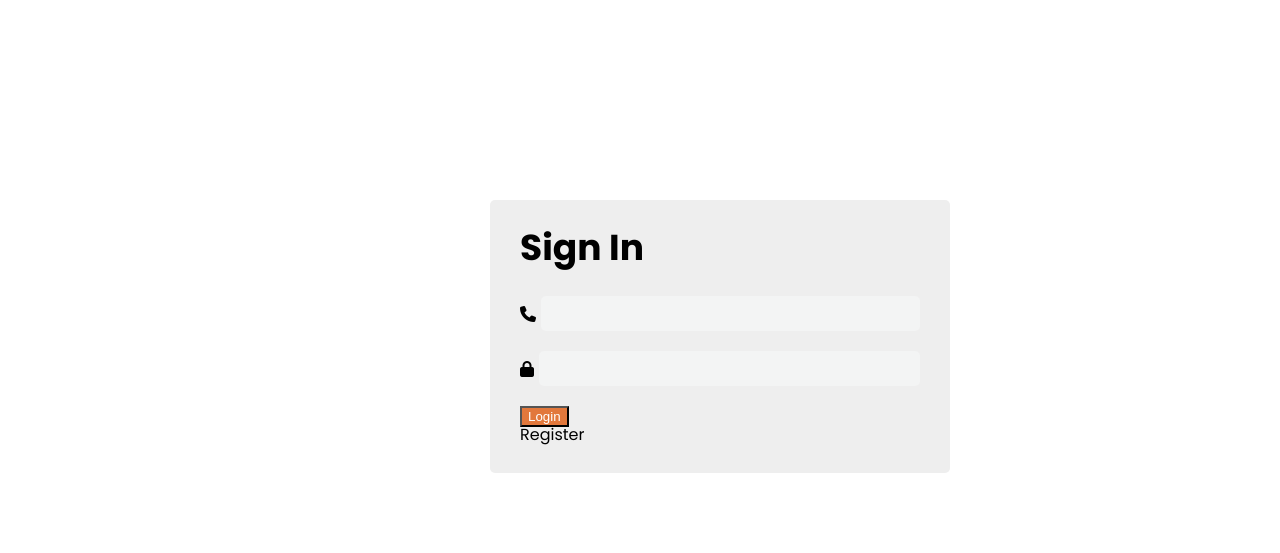
Repository: haphuocsang1801/github-group4
Page: login.html
The author's editor kept a copy of each file at every save. The page is drawn from the files as they stood at one save, then again after the next save.
The browser window is 1280 px wide. The pictures show the whole page.
Some web libraries are served in a nearby version. The style sheet was rebuilt from its Sass, Less or Tailwind sources for each picture, by a compiler version that may differ from the author's.

Above is the page before, as saved 2021-09-17 16:37:27.

### login.html
<!DOCTYPE html>
<html lang="en">
  <head>
    <meta charset="UTF-8" />
    <meta http-equiv="X-UA-Compatible" content="IE=edge" />
    <meta name="viewport" content="width=device-width, initial-scale=1.0" />
    <link
      href="https://fonts.googleapis.com/css2?family=Poppins:wght@300;400;700&display=swap"
      rel="stylesheet"
    />
    <script
      src="https://kit.fontawesome.com/85150e2613.js"
      crossorigin="anonymous"
    ></script>
    <link rel="stylesheet" href="./css/reset.css" />
    <link rel="stylesheet" href="./css/style.css" />
    <title>Document</title>
  </head>
  <body>
    <div class="container-login">
     <div class="login-main">
        <form action="" method="post">
          <div class="login-title">Sign In</div>
          <div class="login-item">
            <i class="fas fa-phone"></i>
            <input type="text" class="login-input" />
          </div>
          <div class="login-item">
            <i class="fas fa-lock"></i>
            <input type="text" class="login-input" />
          </div>
          <div class="login-submit">
            <input type="submit" class="button--primary" value="Login" />
          </div>
          <div class="login-register">Register</div>
        </form>
     </div>
    </div>
  </body>
</html>

### css/reset.css
/* http://meyerweb.com/eric/tools/css/reset/
   v2.0 | 20110126
   License: none (public domain)
*/
/*
<link rel="preconnect" href="https://fonts.googleapis.com">
<link rel="preconnect" href="https://fonts.gstatic.com" crossorigin>
<link href="https://fonts.googleapis.com/css2?family=Poppins:wght@300;400;700&display=swap" rel="stylesheet">
*/
html, body, div, span, applet, object, iframe,
h1, h2, h3, h4, h5, h6, p, blockquote, pre,
a, abbr, acronym, address, big, cite, code,
del, dfn, em, img, ins, kbd, q, s, samp,
small, strike, strong, sub, sup, tt, var,
b, u, i, center,
dl, dt, dd, ol, ul, li,
fieldset, form, label, legend,
table, caption, tbody, tfoot, thead, tr, th, td,
article, aside, canvas, details, embed,
figure, figcaption, footer, header, hgroup,
menu, nav, output, ruby, section, summary,
time, mark, audio, video {
	margin: 0;
	padding: 0;
	border: 0;
	font-size: 100%;
	font: inherit;
	vertical-align: baseline;
}
/* HTML5 display-role reset for older browsers */
article, aside, details, figcaption, figure,
footer, header, hgroup, menu, nav, section {
	display: block;
}
body {
	line-height: 1;
	font-family: 'Poppins', sans-serif;
}
ol, ul {
	list-style: none;
}
blockquote, q {
	quotes: none;
}
blockquote:before, blockquote:after,
q:before, q:after {
	content: '';
	content: none;
}
table {
	border-collapse: collapse;
	border-spacing: 0;
}

### scss/style.scss
@import "variable";
@import "base";
@import "header";
@import "footer";
@import "login";

### scss/_variable.scss
$gray-dark:#272E35;
$primary-color:#E2783C;
$background:#fcf9f6;
$background-input:#f3f4f4;

### scss/_base.scss
.wrapper{
    max-width: 1440px;
    margin: 0 auto;
}
 .container-login{

   width: 300px;
   margin: 0 auto;
   margin-top: 200px;
 }

.button{
    transition: all 0.2s linear;
    display: inline-block;
    font-size: 16px;
    color: $gray-dark;
    padding: 20px 30px;
    border-radius: 10px;
    outline: none;
    cursor: pointer;
    background-color: transparent;
    line-height: normal;
    text-decoration: none;
    &--primary{
      color: white;
      background-color: $primary-color;
    }

}

### scss/_header.scss
.header {
  padding-top: 43px;
  display: flex;
  align-items: center;
  justify-content: space-between;
  &-logo {
    &-image {
      width: 235px;
    }
  }
  &-menu {
    display: flex;
    align-items: center;
    gap: 60px;
    &-product{
        display: flex;
        align-items: center;
        gap: 5px;
    }
    &-child{
        position: absolute;
        top:30px;
        width: 170px;
        display: flex;
        flex-direction: column;
        gap: 35px;
        background-color: $background;
        border-radius: 5px;
        padding: 20px 10px;
        opacity: 0;
        visibility: hidden;
        transition: all 0.25s;
    }
    &-item {
        position: relative;
      a {
        color: $gray-dark;
        text-decoration: none;
        &:hover {
          color: $primary-color;
          transition: color 0.2s ease-in-out;
        }
      }
    }
  }
  &-cart{
      font-size: 35px;
      cursor: pointer;
      :hover{
          color: $primary-color;
      }
  }
  &-search {
    padding: 10px;
    background-color: #f3f4f4;
    border-radius: 8px;
    display: flex;
    margin-right: -20px;
    transition: all 0.25s linear;
    &:hover {
      background-color: white;
      -webkit-box-shadow: 0px 0px 25px 0px rgba(226, 120, 60, 0.8);
      -moz-box-shadow: 0px 0px 25px 0px rgba(226, 120, 60, 0.8);
      box-shadow: 0px 0px 25px 0px rgba(226, 120, 60, 0.8);
    }
    &-icon {
      font-size: 30px;
      cursor: pointer;
    }
    input {
      width: 120px;
      font-size: 15px;
      width: inherit;
      padding: 10px 0;
      border: 0;
      border-radius: #f3f4f4;
      background-color: inherit;
      outline: none;
    }
  }
}
.hover:hover .header-menu-child{
    opacity: 1;
    visibility: visible;

}

### scss/_footer.scss
.footer {
  margin-top: 500px;
  padding: 40px 40px;
  background-color: $background;
  &-main {
    display: grid;
    grid-template-columns: repeat(2, 1fr);
    gap: 50px;
  }
  &-logo {
    display: inline-block;
    margin-bottom: 50px;
  }
  &-desc {
    font-size: 16px;
    margin-bottom: 40px;
    line-height: 1.5;
  }
  .social {
    display: flex;
    align-items: center;
    gap: 0 30px;
  }
  .social-item {
    cursor: pointer;
    color: $gray-dark;
    &:hover {
      color: $primary-color;
    }
  }
  &-heading {
    font-size: 18px;
    color: $gray-dark;
    margin-bottom: 40px;
    font-weight: bold;
  }
  &-links {
    list-style: none;
  }
  &-item {
    margin-bottom: 30px;
  }
  &-link {
    display: inline-block;
    color: $gray-dark;
  }
  &-info {
    list-style: none;
    margin-bottom: 40px;
  }
  &-info li {
    margin-bottom: 15px;
    line-height: 1.6;
  }
  &-highlight {
    color: white;
  }
  &-bottom {
    background-color: $gray-dark;
    line-height: 1.6;
  }
  &-bottom a {
    text-decoration: inherit;
    color: white;
  }
}

### scss/_login.scss
.login {
  &-title {
    font-size: 36px;
    font-weight: bold;
    margin-bottom: 30px;
  }
  &-item {
    display: flex;
    align-items: center;
    gap: 5px;
    margin-bottom: 20px;
  }
  &-input{
    width: 100%;
    outline: none;
    border: 0;
    padding: 10px 0;
    background-color: $background-input;
    border-radius: 5px;
  }
  &-main{
      width: 400px;
      height: auto;
      padding: 30px;
      align-items: center;
      background-color: #eee;
      margin: 0 auto;
      border-radius: 5px;
  }
  &-submit{
    font-family: 'Poppins', sans-serif;
  }
}

After the next save:
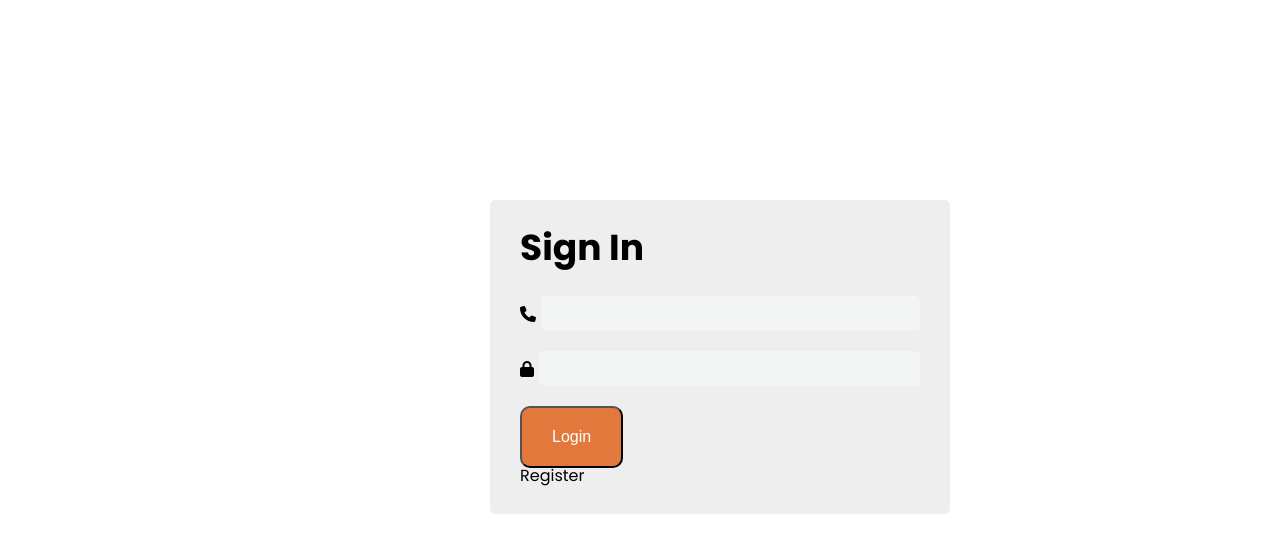
Saved 18 s later.
--- a/login.html
+++ b/login.html
@@ -30,7 +30,7 @@
             <input type="text" class="login-input" />
           </div>
           <div class="login-submit">
-            <input type="submit" class="button--primary" value="Login" />
+            <input type="submit" class="button button--primary" value="Login" />
           </div>
           <div class="login-register">Register</div>
         </form>
